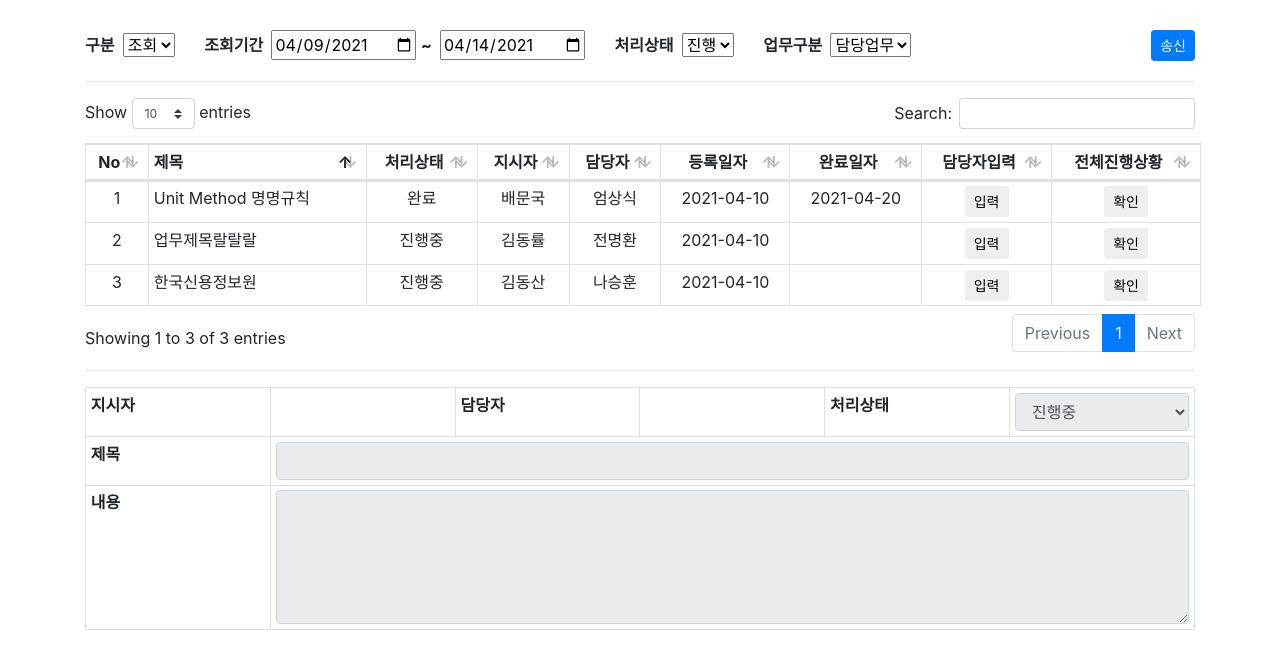
Repository: jungtaeyong/FSB_Project
Page: http://localhost/FsbJobMgt/main.jsp
An editor plug-in stored every save of this project. The page is shown before and after the next save, followed by the edit.
The browser window is 1280 px wide. The pictures show the whole page.
The page is served by Tomcat 9.

Above is the page before, as saved 2021-04-15 08:52:40.

### FsbJobMgt/WebContent/main.jsp
<%@ page language="java" contentType="text/html; charset=EUC-KR" pageEncoding="EUC-KR"%>
<%@ include file="/modal1_Adding.jsp" %>

<!DOCTYPE html PUBLIC "-//W3C//DTD HTML 4.01 Transitional//EN" "http://www.w3.org/TR/html4/loose.dtd">
<html>
<head>
<meta http-equiv="Content-Type" content="text/html; charset=EUC-KR">
<title>업무 관리</title>
</head>
<body>
<!-- jquery  -->
<script type="text/javascript" src="js/jquery-3.6.0.min.js"></script>

<!-- bootstrap -->
<link rel="stylesheet" type="text/css" href="lib/Bootstrap-4-4.1.1/css/bootstrap.min.css"/>
<script type="text/javascript" src="lib/Bootstrap-4-4.1.1/js/bootstrap.min.js"></script>

<!-- datatables -->
<link rel="stylesheet" type="text/css" href="lib/DataTables-1.10.24/css/dataTables.bootstrap4.min.css"/>
<script type="text/javascript" src="lib/DataTables-1.10.24/js/jquery.dataTables.min.js"></script>
<script type="text/javascript" src="lib/DataTables-1.10.24/js/dataTables.bootstrap4.min.js"></script>
<script>
$(document).ready(function() {
	/* 초기 조회 조건 세팅 */
	$('#REQUEST_TYPE').val('1'); //구분
	$('#BZWR_STS').val('01'); //처리상태
	$('#BZWR_DSTC').val('2'); //업무구분

	let befor7days= new Date();
	befor7days.setDate(befor7days.getDate()-5);
	document.getElementById('FROM_DATE').valueAsDate = befor7days; //FROM_DATE
	document.getElementById('TO_DATE').valueAsDate = new Date(); //TO_DATE

	/* 테이블 초기 로딩 */
	setTable();

	/* 송신버튼 */
	$('#action_submit').click(function(){
		let dvcd = $('#REQUEST_TYPE').val();
		if(dvcd=='1'){
			alert('조회');
			setTable();
		}else if(dvcd=='2'){
			alert('등록');
			createNewJob();
		}else if(dvcd=='3'){
			alert('변경');
			updateJob();
		}
	});

	/* 구분 변경 이벤트 처리 */
	$('#REQUEST_TYPE').change(function() {
		let dvcd = $('#REQUEST_TYPE').val();
		if(dvcd=='1'){
			$('#BZWR_EXC_CHGR_BTN').hide();
			$('#BZWR_STS_2').attr("disabled",true);
			$('#BZWR_TTL').attr("disabled",true);
			$('#BZWR_CNTN').attr("disabled",true);
		}else if(dvcd=='2'){
			$('#BZWR_INDC_CHGR').text('로그인 유저');
			$('#BZWR_EXC_CHGR').text('');
			$('#BZWR_EXC_CHGR_BTN').show();
			$('#BZWR_STS_2').attr("disabled",true);
			$('#BZWR_TTL').val("");
			$('#BZWR_CNTN').val("");
			$('#BZWR_TTL').removeAttr("disabled");
			$('#BZWR_CNTN').removeAttr("disabled");
		}else if(dvcd=='3'){
			$('#BZWR_EXC_CHGR_BTN').show();
			$('#BZWR_STS_2').removeAttr("disabled");
			$('#BZWR_TTL').removeAttr("disabled");
			$('#BZWR_CNTN').removeAttr("disabled");
			alert('변경할 데이터를 선택해주세요.');
		}
	});

} );

/* 테이블 데이터 로딩 및 기능 세팅 */
function setTable(){
	/* 테이블 데이터 로딩 */
	let jobList = $('#job_list').DataTable( {
        ajax : {
        	url : 'lib/testJson2.json',
        	data : {
        		REQUEST_TYPE:$('#REQUEST_TYPE').val(),
        		FROM_DATE:$('#FROM_DATE').val(),
        		TO_DATE:$('#TO_DATE').val(),
        		BZWR_STS:$('#BZWR_STS').val(),
        		BZWR_DSTC:$('#BZWR_DSTC').val()
        	}
        },
        columns : [
			{data: null },
			{data: "BZWR_TTL" },
            {data: "BZWR_STS", render : function ( data, type, row, meta ) {
            	if(data=="01"){
            		return '진행중';
            	}else if(data=="02"){
            		return '완료';
            	}
            }},
            {data: "BZWR_INDC_CHGR_TXT" },
            {data: "BZWR_EXC_CHGR_TXT" },
            {data: "BZWR_REG_DT" },
            {data: "BZWR_CMPL_DT" },
            {data: null , render : function ( data, type, row, meta ) {
                return '<button name="first_btn" class="btn btn-sm btn-default">입력</button>'
            }},
            {data: null , render : function ( data, type, row, meta ) {
                return '<button name="second_btn" class="btn btn-sm btn-default">확인</button>'
            }}
        ],
        columnDefs: [{ className: 'text-center', targets: [0,2,3,4,5,6,7,8] }],
        order: [[ 1, 'asc' ]]
    } );

	/* 테이블 Index 생성을 위한 함수 */
	jobList.on( 'order.dt search.dt', function () {
		jobList.column(0, {search:'applied', order:'applied'}).nodes().each( function (cell, i) {
            cell.innerHTML = i+1;
        } );
    } ).draw();

	/* 테이블 클릭 이벤트  -> 클릭한 row에 해당하는 데이터를 상세 정보에 보여줌*/
	$('#job_list tbody').on('click', 'td:nth-child(-n+7)', function () {
		let data = jobList.row( this ).data();
        console.log('Table Click Event',data);

		if($('#REQUEST_TYPE').val()!='2'){ //"구분-등록" 상태면 반응 없음.
	        $('#BZWR_INDC_CHGR').text(data.BZWR_INDC_CHGR_TXT); //지시자
	        $('#BZWR_EXC_CHGR').text(data.BZWR_EXC_CHGR_TXT); //담당자
	        $('#BZWR_STS_2').val(data.BZWR_STS); //처리상태(업무상태)
	        $('#BZWR_TTL').val(data.BZWR_TTL); //제목
	        $('#BZWR_CNTN').val(data.BZWR_CNTN); //내용
	        if($('#REQUEST_TYPE').val()=='1' || data.BZWR_STS=='02'){
	        	$('#BZWR_EXC_CHGR_BTN').hide();
				$('#BZWR_STS_2').attr("disabled",true);
				$('#BZWR_TTL').attr("disabled",true);
				$('#BZWR_CNTN').attr("disabled",true);
	        }else{
	        	$('#BZWR_EXC_CHGR_BTN').show();
				$('#BZWR_STS_2').removeAttr("disabled");
				$('#BZWR_TTL').removeAttr("disabled");
				$('#BZWR_CNTN').removeAttr("disabled");
	        }
		}
    } );

	/* 선택된  row 하이라이트 */
	$('#job_list tbody').on('click', 'tr', function() {
		$('#job_list tbody > tr').css('background-color','#ffffff');
		$(this).css('background-color','#f0f5f5');
	});

	/* 테이블 버튼 이벤트(담당자입력) */
	$('#job_list tbody').on( 'click', 'button[name="first_btn"]', function () {
        let data = jobList.row( $(this).parents('tr') ).data();
		//console.log("First Button",data);
		setData(data); //모달 페이지로 데이터를 전달하기 위한 함수
		$('#exampleModal').modal();
    } );

	/* 테이블 버튼 이벤트(전체진행상황) */
	$('#job_list tbody').on( 'click', 'button[name="second_btn"]', function () {
        let data = jobList.row( $(this).parents('tr') ).data();
		//console.log("Second Button",data);
        setData(data); //모달 페이지로 데이터를 전달하기 위한 함수
		$('#exampleModalCenter').modal();
    } );
}

/* 등록 */
function createNewJob(){
	$.ajax({
		url:'',
		dataType:'application/json',
		data : {
			REQUEST_TYPE:$('#REQUEST_TYPE').val(), //구분(조회,등록,변경)
			BZWR_DSTC:$('#BZWR_DSTC').val(), //업무구분
			BZWR_INDC_CHGR:'로그인 유저', //업무지시담당자
			BZWR_EXC_CHGR:'담당자', //업무수행담당자
			BZWR_STS:'1', //업무상태 (등록 시 진행으로 세팅)
			BZWR_TTL:$('#BZWR_TTL').val(), //업무제목
			BZWR_CNTN:$('#BZWR_CNTN').val() //업무내용
		},
		success:function(data){
			alert('등록 되었습니다.');
	   }
	})
}

/* 변경 */
function updateJob(){
	$.ajax({
		url:'',
		dataType:'application/json',
		data : {
			REQUEST_TYPE:$('#REQUEST_TYPE').val(), //구분(조회,등록,변경)
			BZWR_DSTC:$('#BZWR_DSTC').val(), //업무구분
			BZWR_EXC_CHGR:'담당자', //업무수행담당자
			BZWR_STS:$('#BZWR_STS_2').val(), //업무상태
			BZWR_TTL:$('#BZWR_TTL').val(), //업무제목
			BZWR_CNTN:$('#BZWR_CNTN').val() //업무내용
		},
		success:function(data){
			alert('변경 되었습니다.');
	   }
	})
}

</script>
<div class="container" style="margin-top:30px">
	<!-- 조회 조건 -->
	<div>
		<div>
			<label style="font-weight:bold;">구분&nbsp;</label>
			<select id="REQUEST_TYPE" style="margin-right:25px">
			    <option value="1">조회</option>
			    <option value="2">등록</option>
			    <option value="3">변경</option>
			</select>
			<label style="font-weight:bold">조회기간&nbsp;</label>
			<input type="date" id="FROM_DATE" style="width:145px" value=""/>
			<label style="font-weight:bold">~&nbsp;</label>
			<input type="date" id="TO_DATE" value=""  style="margin-right:25px;width:145px"/>
			<label style="font-weight:bold;">처리상태&nbsp;</label>
			<select id="BZWR_STS" style="margin-right:25px">
			    <option value="01">진행</option>
			    <option value="02">완료</option>
			    <option value="03">전체</option>
			</select>
			<label style="font-weight:bold;">업무구분&nbsp;</label>
			<select id="BZWR_DSTC">
			    <option value="1">지시업무</option>
			    <option value="2">담당업무</option>
			</select>
			<input type='button' id="action_submit" class="btn btn-sm btn-primary" style="float:right" value='송신'/>
		</div>
	</div>
	<hr/>
	<!-- 목록 -->
	<div>
		<table id="job_list" class="table table-sm table-bordered">
	        <thead>
	            <tr>
	            	<th>No</th>
	                <th>제목</th>
	                <th>처리상태</th>
	                <th>지시자</th>
	                <th>담당자</th>
	                <th>등록일자</th>
	                <th>완료일자</th>
	                <th>담당자입력</th>
	                <th>전체진행상황</th>
	            </tr>
	        </thead>
	    </table>
	</div>
	<hr/>
	<!-- 상세 -->
	<div>
		<table class="table table-sm table-bordered display">
			<tr>
				<th width="15%">지시자</th>
				<td id="BZWR_INDC_CHGR" width="15%"></td>
				<th width="15%">담당자</th>
				<td width="15%">
					<span id="BZWR_EXC_CHGR"></span>
					<button id="BZWR_EXC_CHGR_BTN" class="btn btn-sm btn-info" style="display:none">선택</button>
				</td>
				<th width="15%">처리상태</th>
				<td width="15%">
					<select id="BZWR_STS_2" class="form-control input-sm" disabled>
					    <option value="01">진행중</option>
					    <option value="02">완료</option>
					</select>
				</td>
			</tr>
			<tr>
				<th>제목</th><td colspan="5"><input type="text" id="BZWR_TTL" class="form-control input-sm" disabled/></td>
			</tr>
			<tr>
				<th>내용</th><td colspan="5"><textarea ID="BZWR_CNTN" class="form-control input-sm" rows="5" disabled></textarea></td>
			</tr>
		</table>
	</div>
</div>
</body>
</html>

### FsbJobMgt/WebContent/modal1_Adding.jsp
<%@ page language="java" contentType="text/html; charset=EUC-KR"
    pageEncoding="EUC-KR"%>
<!DOCTYPE html>

<html lang="en">
  <head>
    <!-- Required meta tags -->
    <meta charset="utf-8">
    <meta name="viewport" content="width=device-width, initial-scale=1, shrink-to-fit=no">

	<!-- jquery  -->
	<script type="text/javascript" src="js/jquery-3.6.0.min.js"></script>

	<!-- bootstrap -->
	<link rel="stylesheet" type="text/css" href="lib/Bootstrap-4-4.1.1/css/bootstrap.min.css"/>
	<script type="text/javascript" src="lib/Bootstrap-4-4.1.1/js/bootstrap.min.js"></script>




<!--     드롭다운 style -->
    <style>
	.dropbtn {
	  background-color: #4CAF50;
	  color: white;
	  padding: 16px;
	  font-size: 16px;
	  border: none;
	}

	.dropdown {
	  position: relative;
	  display: inline-block;
	}

	.dropdown-content {
	  display: none;
	  position: absolute;
	  background-color: #f1f1f1;
	  min-width: 160px;
	  box-shadow: 0px 8px 16px 0px rgba(0,0,0,0.2);
	  z-index: 1;
	}

	.dropdown-content a {
	  color: black;
	  padding: 12px 16px;
	  text-decoration: none;
	  display: block;
	}

	.dropdown-content a:hover {background-color: #ddd;}

	.dropdown:hover .dropdown-content {display: block;}

	.dropdown:hover .dropbtn {background-color: #3e8e41;}
	</style>

  </head>
  <script>
	function setData(data){
		let dataObjFromMain; //dataObjFromMain.JOB_CD 처럼 접근해서 사용.
		dataObjFromMain=data;
		console.log('dataObjFromMain',dataObjFromMain); //확인용

		/* 여기에 DB에 데이터 요청하고 받아오고 view에 적용하는 로직 작성 */
	}
  </script>
  <body>
    <!--
    <h1>In Page</h1>
	<button type="button" class="btn btn-primary" data-toggle="modal" data-target="#exampleModal" data-whatever="@mdo">담당자 추가</button>
	-->


	<!-- 	### 담당자 추가 -->
	<div class="modal fade" id="exampleModal" tabindex="-1" role="dialog" aria-labelledby="exampleModalLabel" aria-hidden="true">
	  <div class="modal-dialog" role="document">
	    <div class="modal-content">
	      <div class="modal-header">
	        <h5 class="modal-title" id="exampleModalLabel">담당자 추가</h5>
	        <button type="button" class="close" data-dismiss="modal" aria-label="Close">
	          <span aria-hidden="true">&times;</span>
	        </button>
	      </div>

	      <div class="modal-body">
		    <b>최초 지시자&emsp;</b> <em>OOO</em>
		    &emsp;&emsp;&emsp;&emsp;&emsp;
		    <b>현재 담당자&emsp;</b> <em>OOO</em>

	     	<br/><br/>

			<table>
				<tr><!--행(row)선언-->
	                <th><b>추가 담당자</b></th>


	                	<!-- <input type="text" name = "UserID" value="" placeholder = "담당자 입력" style="width:100px; right:30%;"/> -->
	                	<!-- <input type="text" class="form-control" id="recipient-name" style="width:100px; padding-left:10px"> -->
	                	<td>
	                	&emsp;
	                		<select name="solar_birth_yn" id="solar_birth_yn">
		                		<option value="none">부 서</option>
		 				       	<option value="1">IT</option>
					       	 	<option value="2">일반본부</option>
					   		</select>
					   	&emsp;
					   		<select name="solar_birth_yn" id="solar_birth_yn">
		                		<option value="none">팀</option>
		 				       	<option value="1">계정운영팀</option>
					       	 	<option value="2">계정개발팀</option>
					   		</select>
					   	&emsp;
					   		<select name="solar_birth_yn" id="solar_birth_yn">
		                		<option value="none">사원</option>
		 				       	<option value="1">홍길동</option>
					       	 	<option value="2">김동율</option>
					   		</select>
					    </td>

	                <!-- <th rowspan="2"><input type="submit" value="로그인"/></th> -->
        	    </tr>
			</table>


			<hr>

	        <form>
	          <div class="form-group">
	            <label for="recipient-name" class="col-form-label">제 목</label>
	            <input type="text" class="form-control" id="recipient-name">
	          </div>
	          <div class="form-group">
	            <label for="message-text" class="col-form-label">내 용</label>
	            <textarea class="form-control" id="message-text" style="height:100px"></textarea>
	          </div>
	        </form>
	      </div>

	      <div class="modal-footer">
	        <button type="button" class="btn btn-secondary" data-dismiss="modal">닫기</button>
	        <button type="button" class="btn btn-primary">등록</button>
	      </div>
	    </div>
	  </div>
	</div>

	<!-- 	### 지시현황 체크 -->
		<!-- Button trigger modal -->
	<!--
	<button type="button" class="btn btn-primary" data-toggle="modal" data-target="#exampleModalCenter">
	  지시현황
	</button>
	-->

	<!-- Modal -->
	<div class="modal fade" id="exampleModalCenter" tabindex="-1" role="dialog" aria-labelledby="exampleModalCenterTitle" aria-hidden="true">
	  <div class="modal-dialog modal-dialog-centered" role="document">
	    <div class="modal-content">
	      <div class="modal-header">
	        <h5 class="modal-title" id="exampleModalCenterTitle">지시현황</h5>
	        <button type="button" class="close" data-dismiss="modal" aria-label="Close">
	          <span aria-hidden="true">&times;</span>
	        </button>
	      </div>

	      <div class="modal-body">
		     <table class="table">
				 <thead>
				   <tr>
				      <th>지시자</th>
				      <th>담당자</th>
				      <th>처리 상태</th>
   				      <th>지시 일자</th>
				   </tr>
				 </thead>
				 <tbody>
				   <tr>
				      <td>John</td>
				      <td>Doe</td>
				      <td>진행중</td>
				      <td>2021.03.01</td>
				   </tr>
				   <tr>
				      <td>Doe</td>
				      <td>Moe</td>
				      <td>진행중</td>
   				      <td>2021.04.02</td>
				   </tr>
				   <tr>
				      <td>Moe</td>
				      <td>Ryul</td>
				      <td>완료</td>
				      <td>2021.04.10</td>
				   </tr>
				 </tbody>
			</table>
	      </div>

	      <div class="modal-footer">
	        <button type="button" class="btn btn-secondary" data-dismiss="modal">닫기</button>
	      </div>
	    </div>
	  </div>
</div>




 </body>
</html>

### FsbJobMgt/WebContent/lib/testJson2.json
{
  "data": [
    {
      "BZWR_DSTC": "1",
      "JOB_CD": "20210410123456",
      "SQNO": "1",
      "BZWR_STS": "01",
      "BZWR_REG_DT": "2021-04-10",
      "BZWR_CMPL_DT": "",
      "BZWR_INDC_CHGR": "221001",
      "BZWR_INDC_CHGR_TXT": "김동률",
      "BZWR_EXC_CHGR":"221002",
      "BZWR_EXC_CHGR_TXT":"전명환",
      "BZWR_TTL":"업무제목랄랄랄",
      "BZWR_CNTN":"업무내용호롤롤롤"
    },
    {
      "BZWR_DSTC": "1",
      "JOB_CD": "20210410153215",
      "SQNO": "2",
      "BZWR_STS": "01",
      "BZWR_REG_DT": "2021-04-10",
      "BZWR_CMPL_DT": "",
      "BZWR_INDC_CHGR": "221001",
      "BZWR_INDC_CHGR_TXT": "김동산",
      "BZWR_EXC_CHGR":"221002",
      "BZWR_EXC_CHGR_TXT":"나승훈",
      "BZWR_TTL":"한국신용정보원",
      "BZWR_CNTN":"일반신용정보관리규약 실무 해설"
    },
    {
      "BZWR_DSTC": "1",
      "JOB_CD": "20210410095031",
      "SQNO": "3",
      "BZWR_STS": "02",
      "BZWR_REG_DT": "2021-04-10",
      "BZWR_CMPL_DT": "2021-04-20",
      "BZWR_INDC_CHGR": "221001",
      "BZWR_INDC_CHGR_TXT": "배문국",
      "BZWR_EXC_CHGR":"221002",
      "BZWR_EXC_CHGR_TXT":"엄상식",
      "BZWR_TTL":"Unit Method 명명규칙",
      "BZWR_CNTN":"피대문자 어플리케이션코드 세자리 대문자 업무구분코드"
    }
 ]
}

Loaded but not shown: FsbJobMgt/WebContent/js/jquery-3.6.0.min.js (library); FsbJobMgt/WebContent/lib/Bootstrap-4-4.1.1/css/bootstrap.min.css (library); FsbJobMgt/WebContent/lib/Bootstrap-4-4.1.1/js/bootstrap.min.js (library); FsbJobMgt/WebContent/lib/DataTables-1.10.24/css/dataTables.bootstrap4.min.css (library); FsbJobMgt/WebContent/lib/DataTables-1.10.24/js/jquery.dataTables.min.js (library); FsbJobMgt/WebContent/lib/DataTables-1.10.24/js/dataTables.bootstrap4.min.js (library)

After the next save:
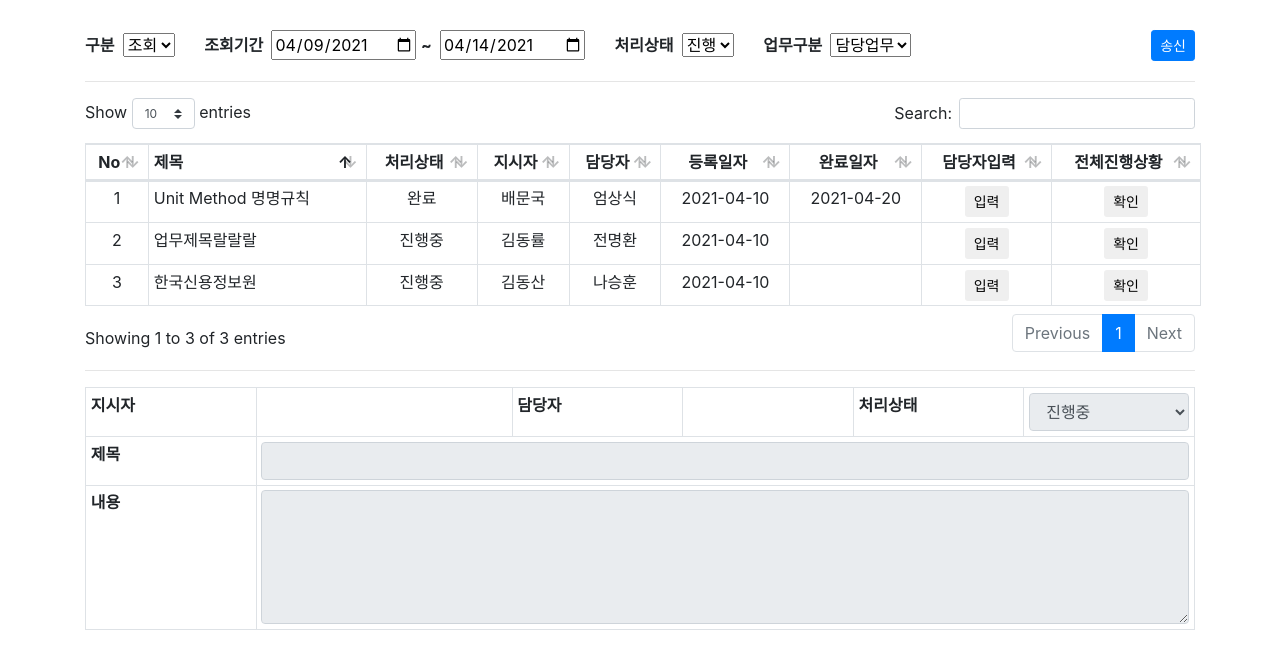
Saved 39 s later.
--- a/FsbJobMgt/WebContent/main.jsp
+++ b/FsbJobMgt/WebContent/main.jsp
@@ -263,15 +263,15 @@
 	<div>
 		<table class="table table-sm table-bordered display">
 			<tr>
-				<th width="15%">지시자</th>
+				<th width="10%">지시자</th>
 				<td id="BZWR_INDC_CHGR" width="15%"></td>
-				<th width="15%">담당자</th>
-				<td width="15%">
+				<th width="10%">담당자</th>
+				<td width="10%">
 					<span id="BZWR_EXC_CHGR"></span>
 					<button id="BZWR_EXC_CHGR_BTN" class="btn btn-sm btn-info" style="display:none">선택</button>
 				</td>
-				<th width="15%">처리상태</th>
-				<td width="15%">
+				<th width="10%">처리상태</th>
+				<td width="10%">
 					<select id="BZWR_STS_2" class="form-control input-sm" disabled>
 					    <option value="01">진행중</option>
 					    <option value="02">완료</option>

After the save that followed:
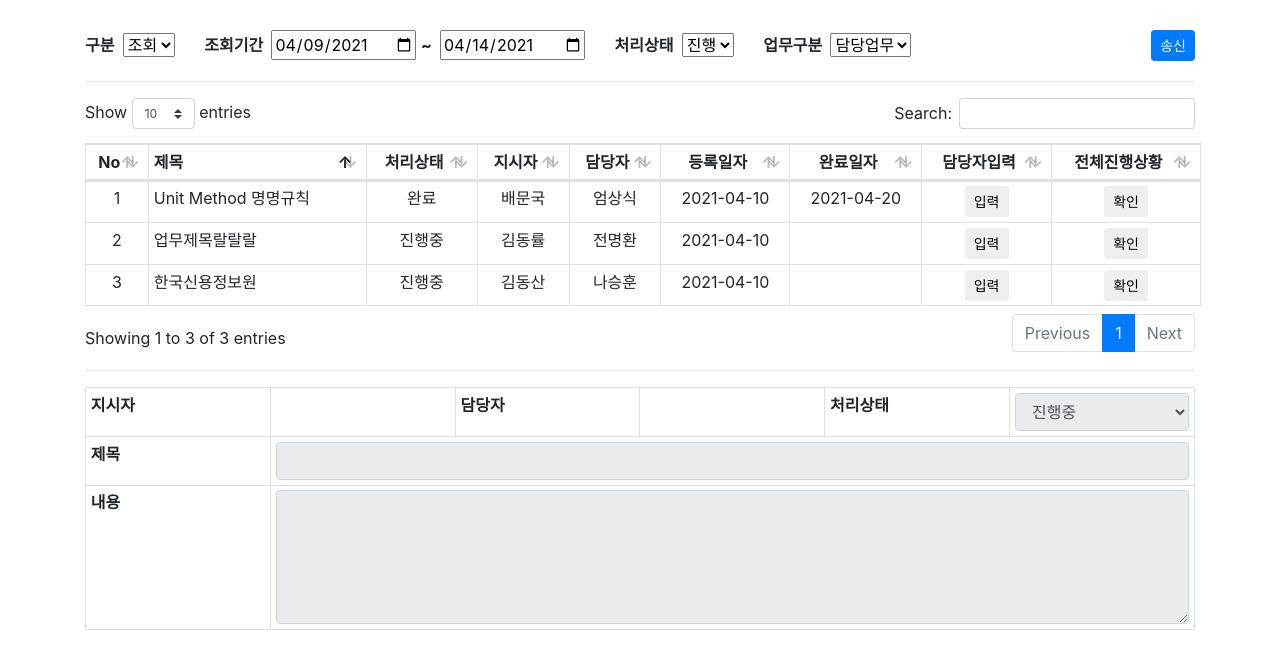
Saved 16 s later.
--- a/FsbJobMgt/WebContent/main.jsp
+++ b/FsbJobMgt/WebContent/main.jsp
@@ -263,15 +263,15 @@
 	<div>
 		<table class="table table-sm table-bordered display">
 			<tr>
-				<th width="10%">지시자</th>
+				<th width="15%">지시자</th>
 				<td id="BZWR_INDC_CHGR" width="15%"></td>
-				<th width="10%">담당자</th>
-				<td width="10%">
+				<th width="15%">담당자</th>
+				<td width="15%">
 					<span id="BZWR_EXC_CHGR"></span>
 					<button id="BZWR_EXC_CHGR_BTN" class="btn btn-sm btn-info" style="display:none">선택</button>
 				</td>
-				<th width="10%">처리상태</th>
-				<td width="10%">
+				<th width="15%">처리상태</th>
+				<td width="15%">
 					<select id="BZWR_STS_2" class="form-control input-sm" disabled>
 					    <option value="01">진행중</option>
 					    <option value="02">완료</option>
